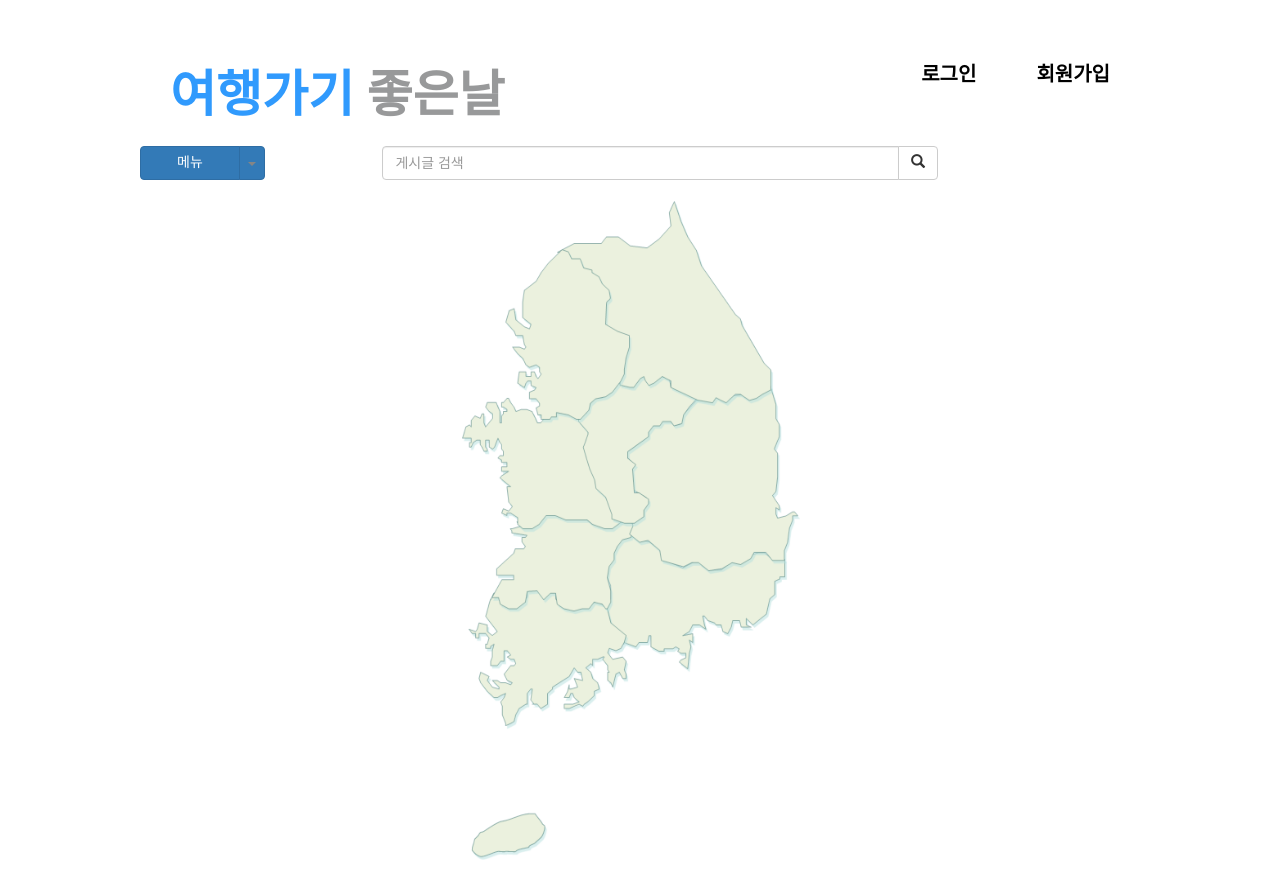
Repository: Hotmintchoco/teamProject1
Page: http://localhost/tripProject/mypage.jsp
An editor plug-in stored every save of this project. The page is shown before and after the next save, followed by the edit.
The browser window is 1280 px wide. The pictures show the whole page.
Some web fonts or font styles are not loaded; a fallback is used. The page is served by Tomcat 9. Nobody is signed in. The application's start-up code is not run.

Above is the page before, as saved 2022-07-02 11:45:52.

After the next save:
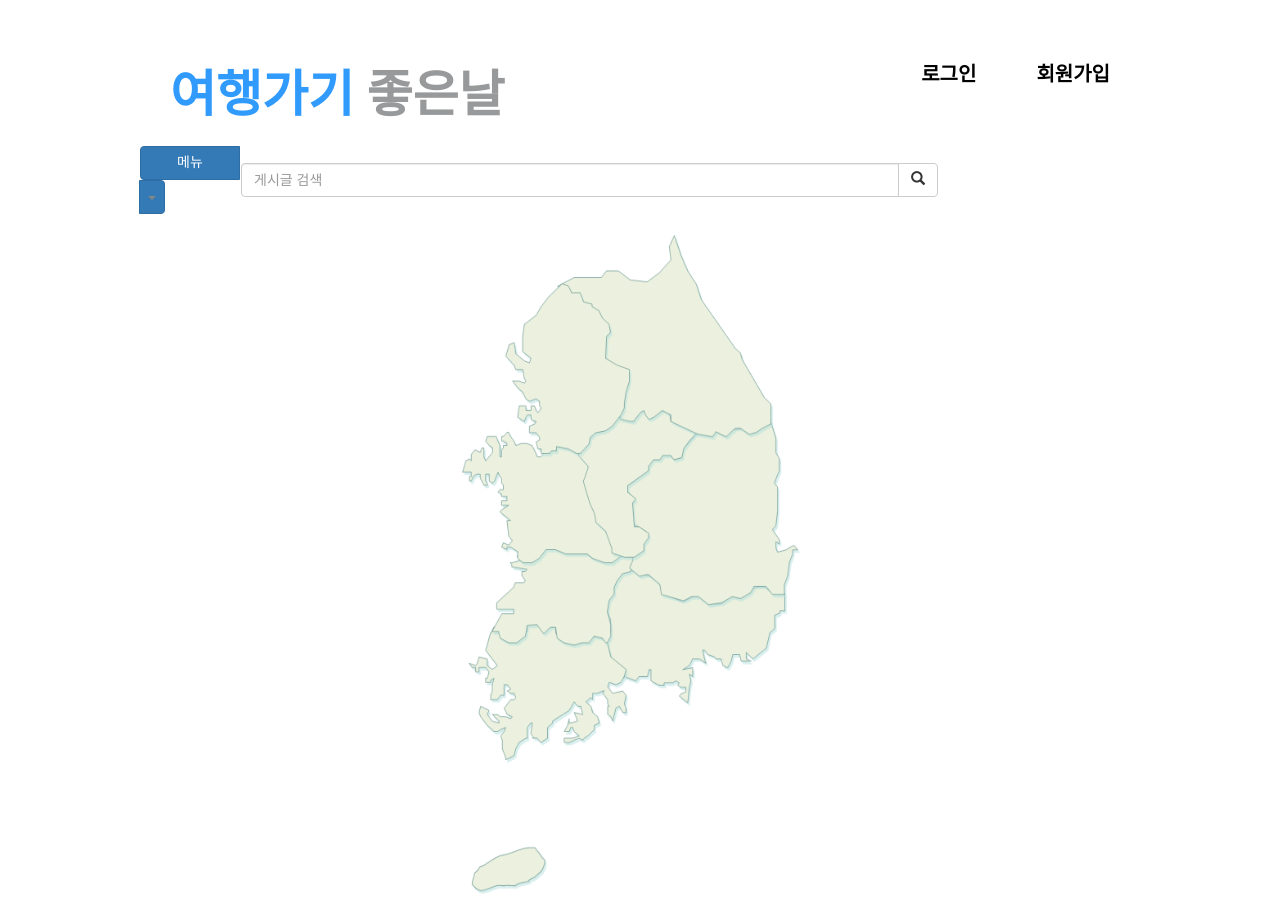
Saved 35 s later.
--- a/tripProject/src/main/webapp/mypage.jsp
+++ b/tripProject/src/main/webapp/mypage.jsp
@@ -45,7 +45,7 @@
 		<table style="width: 100%;">
 			<tbody>
 				<tr style="width: 100%;">
-					<td style="width: 24%;">
+					<td style="width: 10%;">
 						<div class="btn-group">
 							<button type="button" class="btn btn-primary" style="width:100px;">메뉴</button>
 							<button type="button" class="btn btn-primary dropdown-toggle"
@@ -59,7 +59,7 @@
 							</ul>
 						</div>
 					</td>
-					<td style="width: 55%;">
+					<td style="width: 69%;">
 					<form action="memberForm.jsp">
 						<div class="input-group">
 							<input type="text" class="form-control" name="search"

After the save that followed:
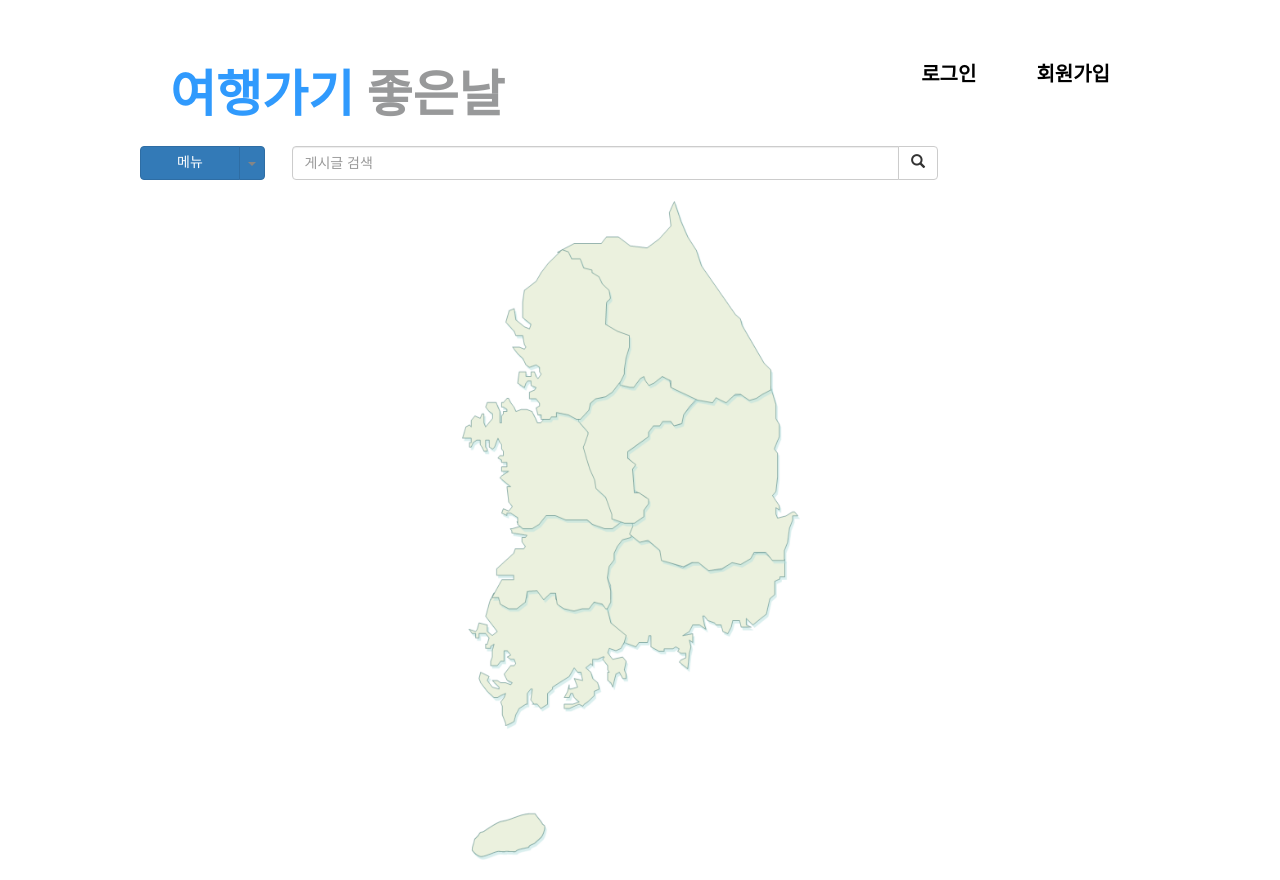
Saved 12 s later.
--- a/tripProject/src/main/webapp/mypage.jsp
+++ b/tripProject/src/main/webapp/mypage.jsp
@@ -45,7 +45,7 @@
 		<table style="width: 100%;">
 			<tbody>
 				<tr style="width: 100%;">
-					<td style="width: 10%;">
+					<td style="width: 15%;">
 						<div class="btn-group">
 							<button type="button" class="btn btn-primary" style="width:100px;">메뉴</button>
 							<button type="button" class="btn btn-primary dropdown-toggle"
@@ -59,7 +59,7 @@
 							</ul>
 						</div>
 					</td>
-					<td style="width: 69%;">
+					<td style="width: 64%;">
 					<form action="memberForm.jsp">
 						<div class="input-group">
 							<input type="text" class="form-control" name="search"
